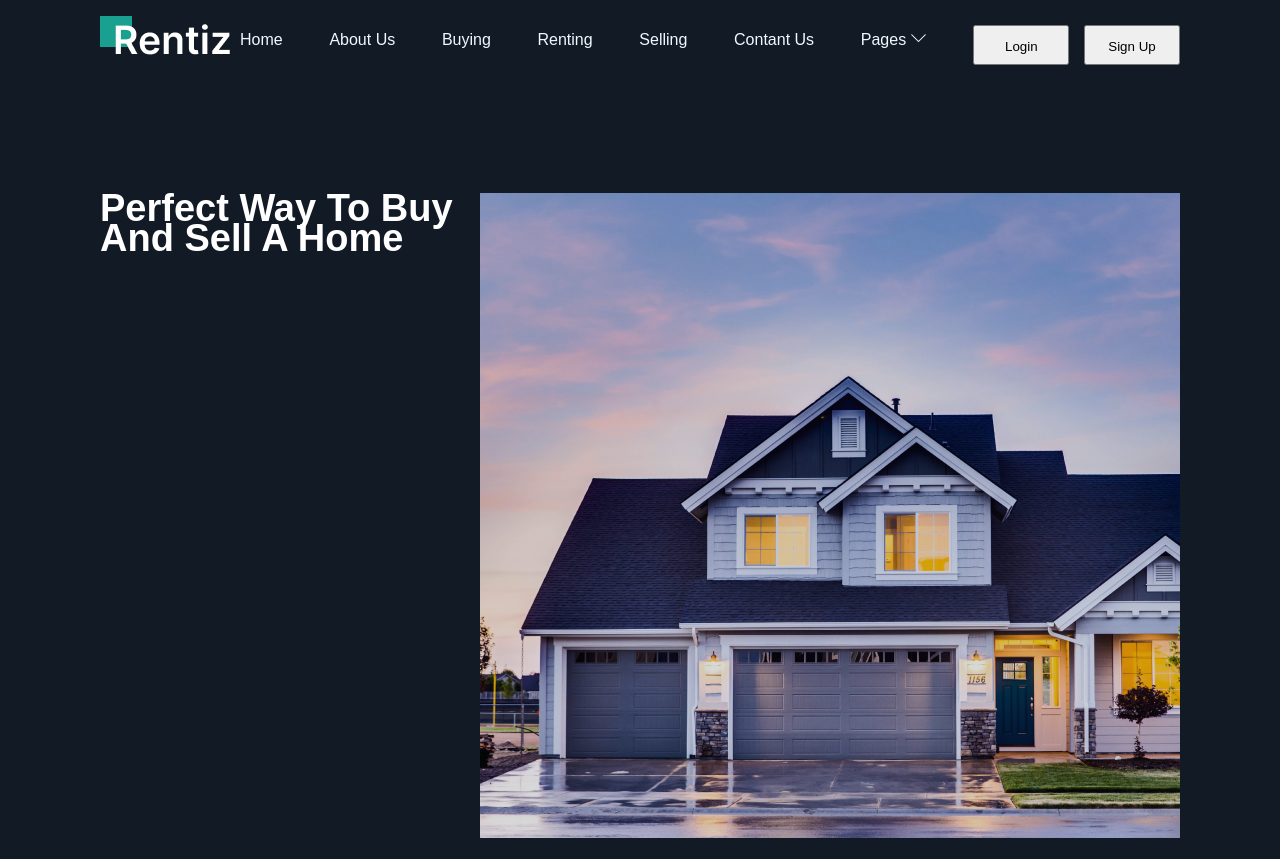
Repository: tung1233hhhhhhhhhhhhh/WebClone-Home
Page: index.html
An editor plug-in stored every save of this project. The page is shown before and after the next save, followed by the edit.
The browser window is 1280 px wide. The pictures show the whole page.

Above is the page before, as saved 2023-05-23 14:56:06.

### index.html
<!DOCTYPE html>
<html lang="en">

<head>
    <meta charset="UTF-8">
    <meta http-equiv="X-UA-Compatible" content="IE=edge">
    <meta name="viewport" content="width=device-width, initial-scale=1.0">
    <title>Document</title>
    <link rel="stylesheet" href="./assets/css/main.css">
    <link rel="stylesheet" href="./assets/css/root.css">
    <link rel="stylesheet" href="./assets/fonts/themify-icons/themify-icons.css">
</head>

<body>
    <div id="hearder">
        <div class="nav">
            <div class="nav-brand">
                <img src="./assets/img/logo.png" alt="">
            </div>
            <ul class="nav-list">
                <li><a href="">Home</a></li>
                <li><a href="">About Us</a></li>
                <li><a href="">Buying</a></li>
                <li><a href="">Renting</a> </li>
                <li><a href="">Selling</a> </li>
                <li><a href="">Contant Us</a> </li>
                <li><a href="">Pages
                        <i class="ti-angle-down"></i>
                    </a> </li>
                <li><button class="nav-btn-login">Login</button></li>
                <li><button class="nav-btn-signup">Sign Up</button></li>
            </ul>
        </div>
    </div>
    <div id="billboard">
        <div class="container">
            <div class="main">
                <div class="billboard-text">
                    <h1>Perfect Way To Buy And Sell A Home</h1>
                </div>
                <div class="billboard-img">
                    <img src="./assets/img/pexels-binyamin-mellish-106399 2.png" alt="">
                </div>
            </div>
        </div>
    </div>
</body>

</html>

### assets/css/main.css
* {
    margin: 0;
    padding: 0;
    box-sizing: border-box;
}

body {
    font-family: 'Work Sans', sans-serif;
    font-weight: 400;
    font-size: 19px;
    line-height: 1.6em;
    color: var(--body-text-color);
    background-color: var(--dark-color);
}


#hearder {
    width: 100%;
    height: 73px;
    padding: 8px 0;
}

#hearder .nav {
    max-width: 1536px;
    height: 73px;
    margin: 0 100px;
    display: flex;
    justify-content: space-between;
    align-items: center;
    z-index: 10;
}

#hearder .nav-brand {
    display: inline;
}

#hearder .nav-list {
    display: flex;
    flex-direction: row;
    width: 965px;
    justify-content: space-between;
}

#hearder .nav-list li {
    display: flex;
    flex-direction: row;
    list-style: none;
    padding: 8px;
    margin-right: 24px;
}

#hearder li a {
    text-decoration: none;
    font-size: 16px;
    color: aliceblue;
}

#hearder .nav-list button {
    width: 96px;
    height: 40px;
    padding: 12px 6px;
    margin-right: -32px;
}

/* billboard */

#billboard {
    width: 100%;
    height: 586px;
    margin-top: 120px;
    margin-bottom: 80px;
}

#billboard .container {
    height: 100%;
    margin: 0 100px;
}

#billboard .main {
    display: flex;
    flex-direction: row;
    justify-content: space-between;
}

#billboard .main .billboard-text {
    width: 40%;
}

### assets/css/root.css
:root {
    --accent-color: #1AA090;
    --dark-color: #121B25;
    --grey-color: #83898F;
    --body-text-color: #FFFFFF;
    --light-text-color: #D6D6D6;
    --link-color: #092035;
}

Loaded but not shown: assets/fonts/themify-icons/themify-icons.css (common file)

After the next save:
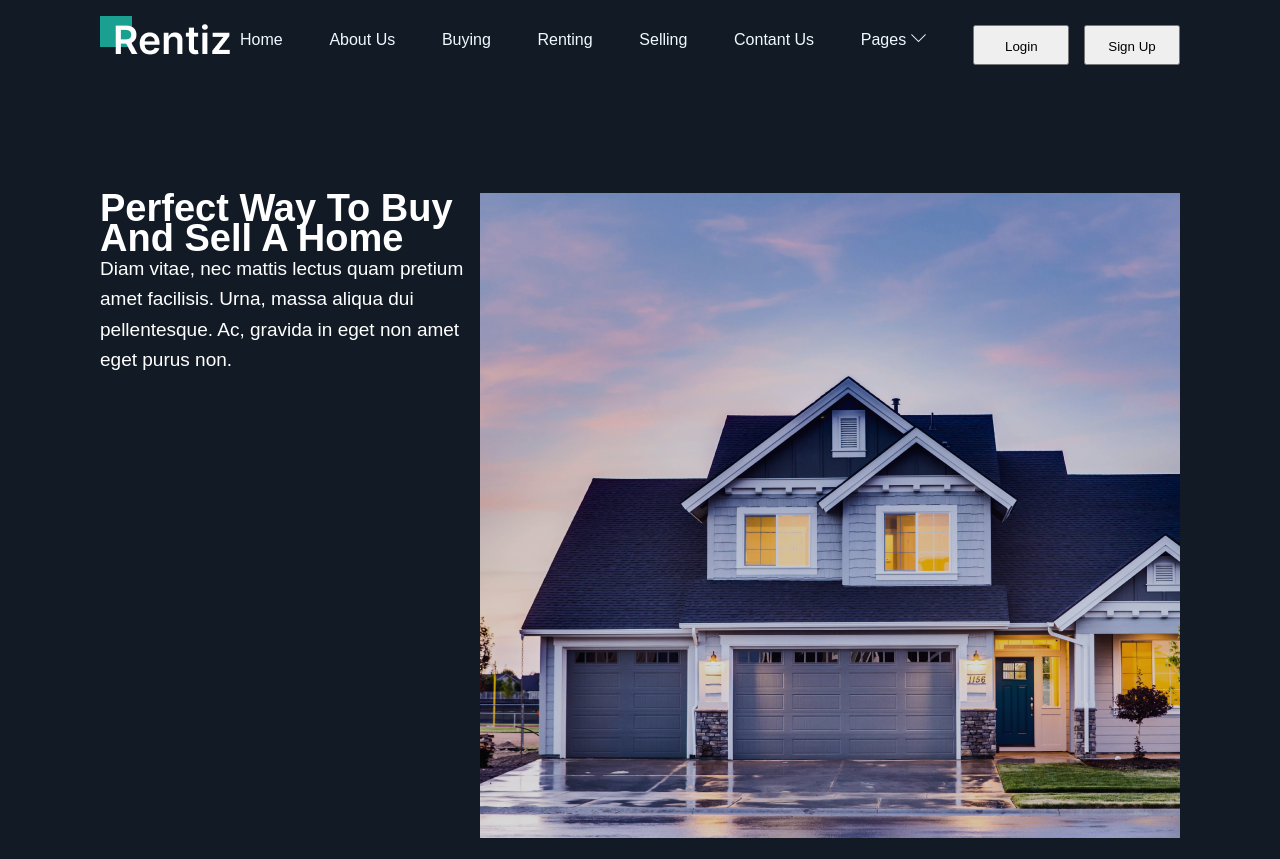
Saved 15 s later.
--- a/index.html
+++ b/index.html
@@ -37,6 +37,8 @@
             <div class="main">
                 <div class="billboard-text">
                     <h1>Perfect Way To Buy And Sell A Home</h1>
+                    <p>Diam vitae, nec mattis lectus quam pretium amet facilisis. Urna, massa aliqua dui pellentesque.
+                        Ac, gravida in eget non amet eget purus non.</p>
                 </div>
                 <div class="billboard-img">
                     <img src="./assets/img/pexels-binyamin-mellish-106399 2.png" alt="">
